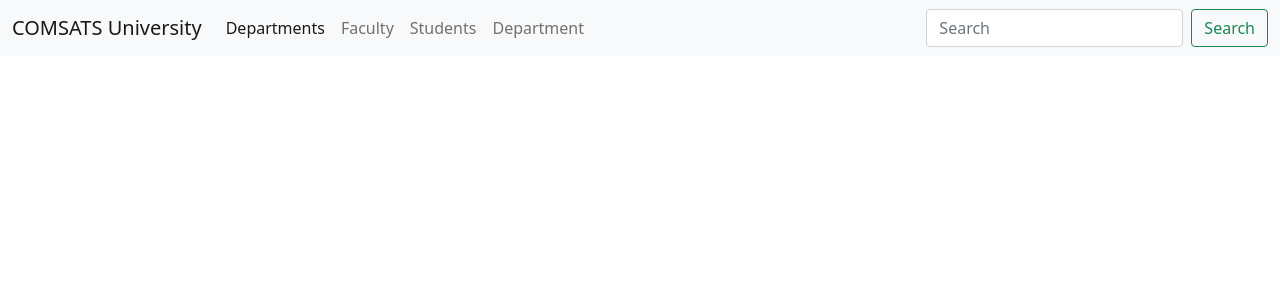
Repository: SaudCh/Web-Mid-Exams
Page: /
The author's editor kept a copy of each file at every save. The page is drawn from the files as they stood at one save, then again after the next save.
The browser window is 1280 px wide. The pictures show the whole page.
The project was rebuilt for these pictures with package versions that can differ from the ones it lists, and the page was loaded fresh each time.

Above is the page before, as saved 2021-11-22 10:29:40.

After the next save:
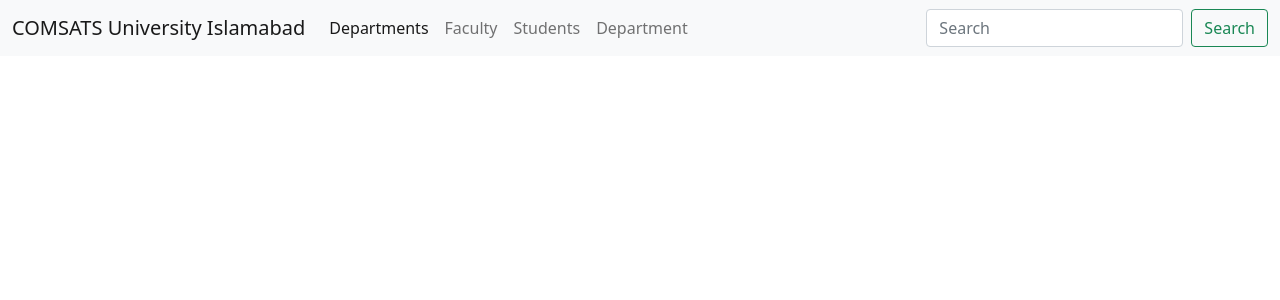
Saved 20 s later.
--- a/src/Shared/Header.jsx
+++ b/src/Shared/Header.jsx
@@ -5,7 +5,7 @@
     <nav class="navbar navbar-expand-lg navbar-light bg-light">
       <div class="container-fluid">
         <a class="navbar-brand" href="#">
-          COMSATS University
+          COMSATS University Islamabad
         </a>
         <button
           class="navbar-toggler"
